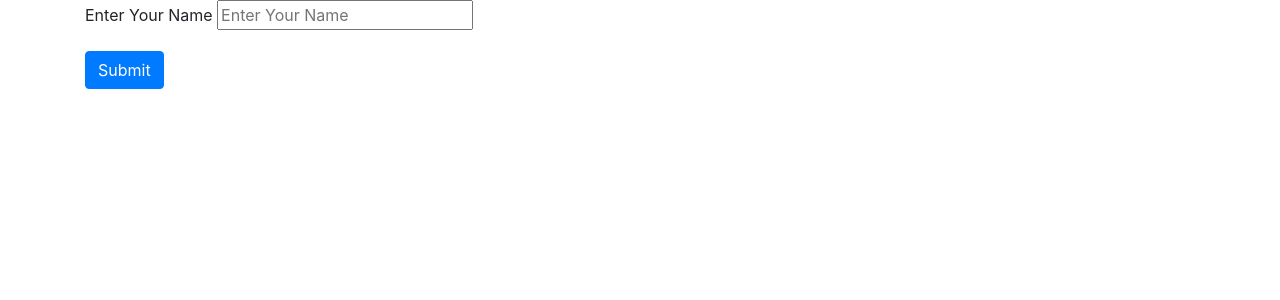
Repository: AMIT1439027/crud-app
Page: http://localhost/user.php
These files come from the project's save history. The page is drawn as it stood at one moment and after the next save; the edit follows.
The browser window is 1280 px wide. The pictures show the whole page.
The page is run by PHP 8.4 with error messages shown; the project is at /var/www/html/.

Above is the page before, as saved 2024-04-25 10:06:31.

### user.php
<!doctype html>
<html lang="en">
  <head>
    <!-- Required meta tags -->
    <meta charset="utf-8">
    <meta name="viewport" content="width=device-width, initial-scale=1, shrink-to-fit=no">

    <!-- Bootstrap CSS -->
    <link rel="stylesheet" href="https://cdn.jsdelivr.net/npm/bootstrap@4.0.0/dist/css/bootstrap.min.css" integrity="sha384-Gn5384xqQ1aoWXA+058RXPxPg6fy4IWvTNh0E263XmFcJlSAwiGgFAW/dAiS6JXm" crossorigin="anonymous">

    <title>Crud Operation</title>
  </head>
  <body>
  <div class="container">

  <form method ="post">
  <div class="form-group">
    <label >Enter Your Name</label>
    <input type="text" name =" class="form-control" placeholder="Enter Your Name ">

  </div>

  <button type="submit" class="btn btn-primary">Submit</button>
</form>
  </div>

  </body>
</html>

After the next save:
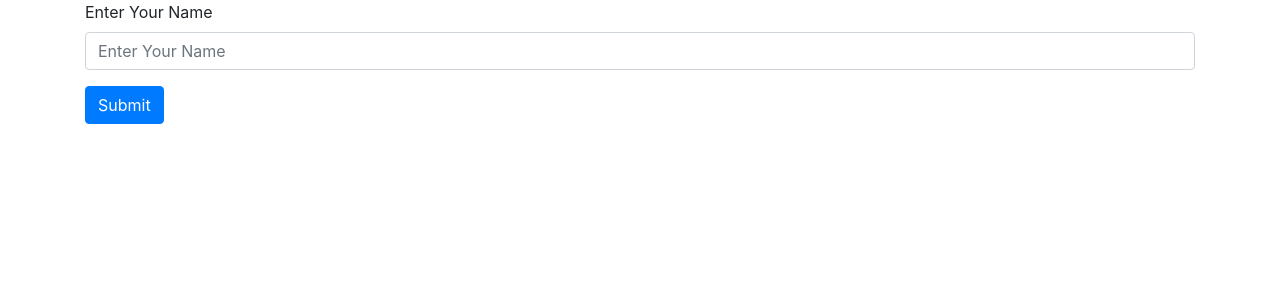
Saved 5 s later.
--- a/user.php
+++ b/user.php
@@ -16,7 +16,7 @@
   <form method ="post">
   <div class="form-group">
     <label >Enter Your Name</label>
-    <input type="text" name =" class="form-control" placeholder="Enter Your Name ">
+    <input type="text" name ="name"  class="form-control" placeholder="Enter Your Name ">
 
   </div>
 
